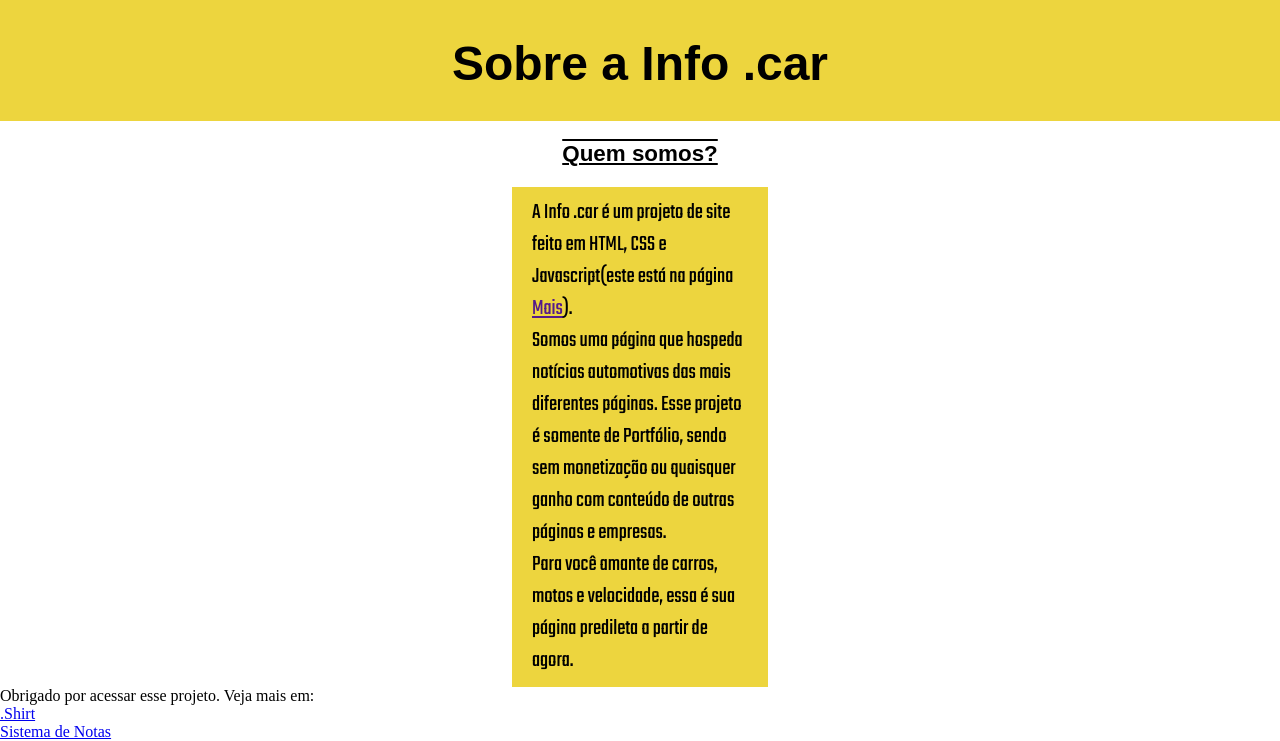
Repository: Leonngc/projeto-info.car
Page: sobre.html
The author's editor kept a copy of each file at every save. The page is drawn from the files as they stood at one save, then again after the next save.
The browser window is 1280 px wide. The pictures show the whole page.
Some web fonts or font styles are not loaded; a fallback is used.

Above is the page before, as saved 2022-11-05 15:29:35.

After the next save:
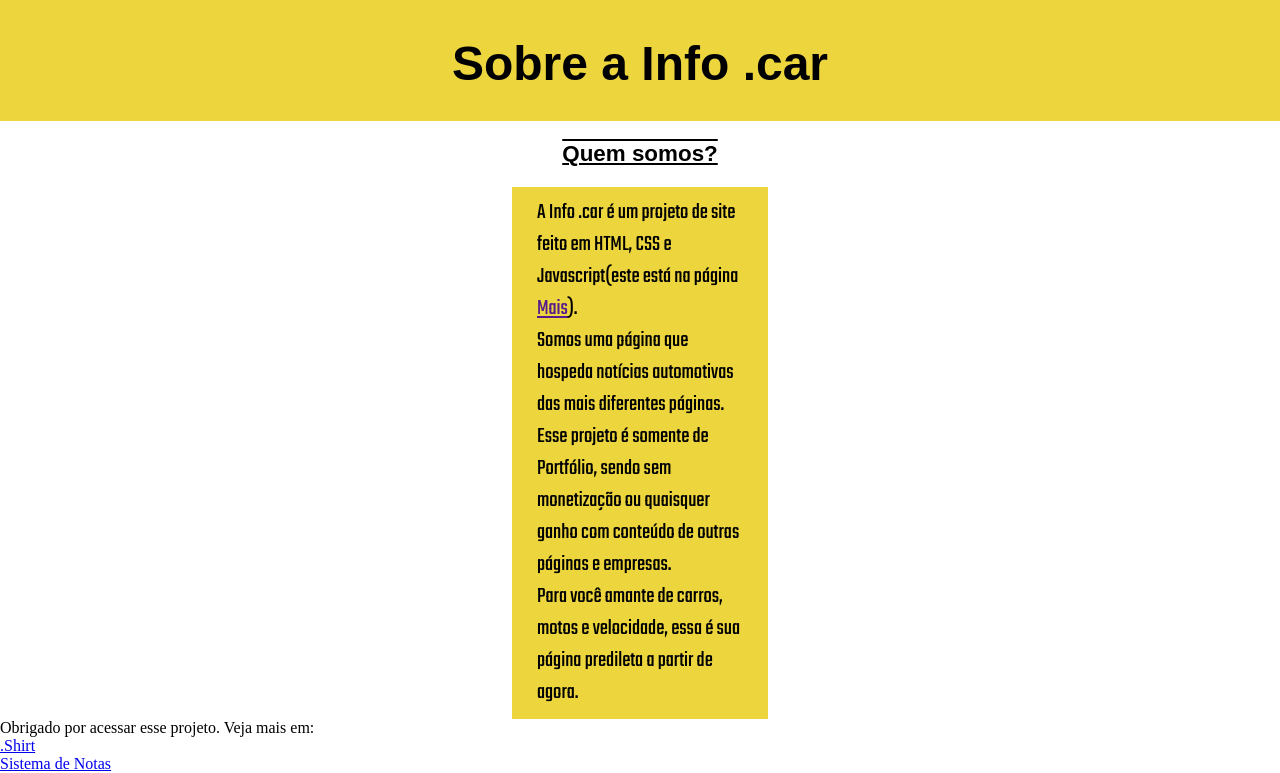
Saved 7 s later.
--- a/sobre.css
+++ b/sobre.css
@@ -38,6 +38,6 @@ article > p{
    font-size: 1.4em;
    margin-left: 40vw;
    margin-right: 40vw;
-   padding: 10px 20px;
+   padding: 10px 25px;
    background-color: #edd53e;
 }
